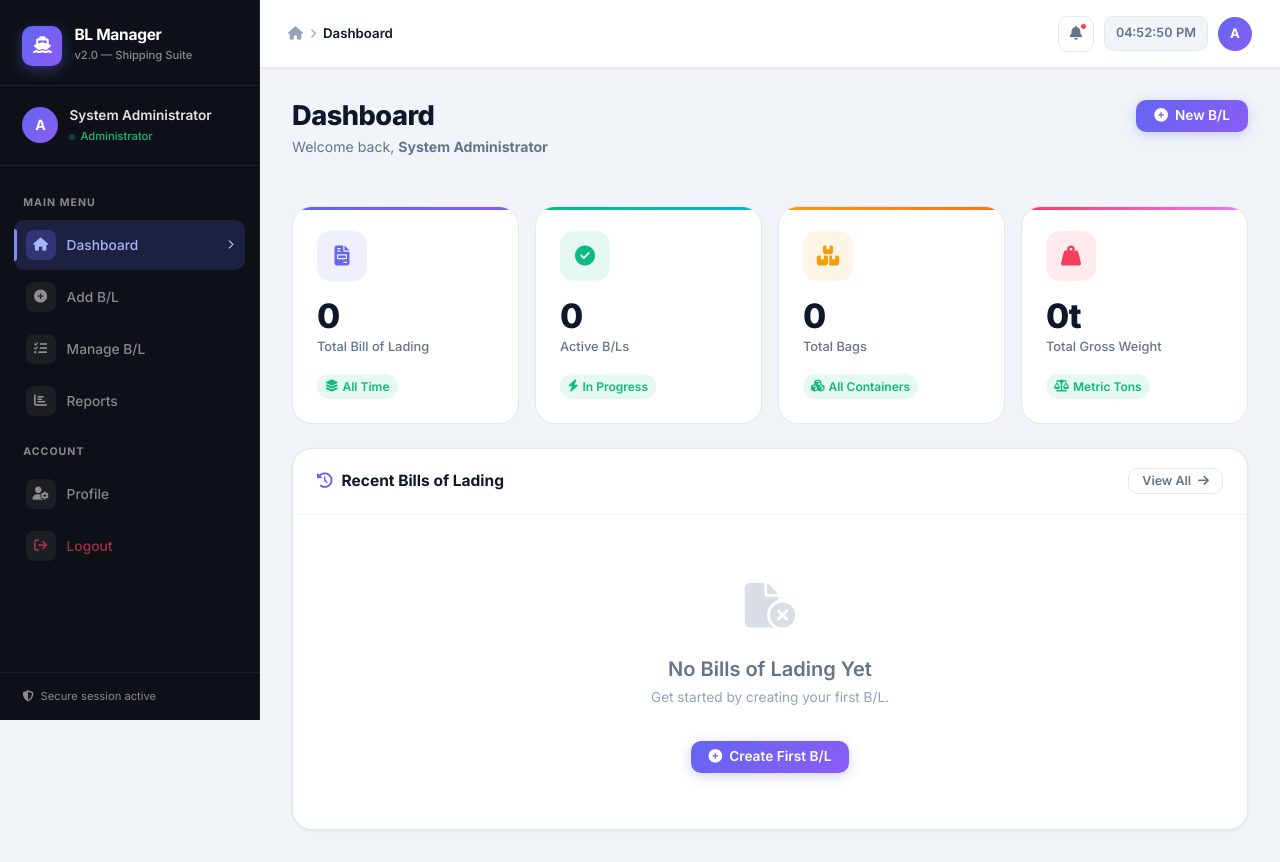
Repository: senteu254/logistics
Page: http://localhost/dashboard.php
These files come from the project's save history. The page is drawn as it stood at one moment and after the next save; the edit follows.
The browser window is 1280 px wide. The pictures show the whole page.
The page is run by PHP 8.4 with error messages shown; the project is at /var/www/html/. The session is filled in as if someone had signed in: {"user_id": 1, "username": "admin", "full_name": "System Administrator"}. Other server files are loaded and not shown. The database holds what the project's SQL file puts in it. Queries for data that is not in the repository find no rows.

Above is the page before, as saved 2026-05-13 12:44:04.

### dashboard.php
<?php
require_once 'config/database.php';
$page_title = 'Dashboard';
require_once 'includes/header.php';

$total_bls  = $pdo->query("SELECT COUNT(*) FROM bills_of_lading")->fetchColumn();
$active_bls = $pdo->query("SELECT COUNT(*) FROM bills_of_lading WHERE status='active'")->fetchColumn();
$total_bags = $pdo->query("SELECT COALESCE(SUM(number_of_bags),0) FROM bl_items")->fetchColumn();
$total_gw   = $pdo->query("SELECT COALESCE(SUM(gross_weight),0) FROM bl_items")->fetchColumn();

$recent = $pdo->query("
    SELECT b.*, u.username,
           COUNT(i.id)            AS containers,
           COALESCE(SUM(i.number_of_bags),0) AS total_bags,
           COALESCE(SUM(i.gross_weight),0)   AS total_gw
    FROM   bills_of_lading b
    LEFT JOIN users u    ON b.user_id = u.id
    LEFT JOIN bl_items i ON b.id = i.bl_id
    GROUP BY b.id
    ORDER BY b.created_at DESC
    LIMIT 8
")->fetchAll();
?>

<!-- Header -->
<div class="page-header d-flex align-items-start justify-content-between flex-wrap gap-3">
    <div>
        <h1 class="page-title">Dashboard</h1>
        <p class="page-sub">
            Welcome back, <strong><?php echo htmlspecialchars($_SESSION['full_name'] ?? $_SESSION['username']); ?></strong>
        </p>
    </div>
    <a href="add-bl.php" class="btn-m btn-indigo">
        <i class="fas fa-circle-plus"></i> New B/L
    </a>
</div>

<!-- Stats -->
<div class="row g-3 mb-4">
    <div class="col-xl-3 col-sm-6">
        <div class="stat-card c-indigo">
            <div class="stat-ico c-indigo"><i class="fas fa-file-invoice"></i></div>
            <div class="stat-val"><?php echo number_format($total_bls); ?></div>
            <div class="stat-lbl">Total Bill of Lading</div>
            <span class="stat-badge"><i class="fas fa-layer-group"></i> All Time</span>
        </div>
    </div>
    <div class="col-xl-3 col-sm-6">
        <div class="stat-card c-emerald">
            <div class="stat-ico c-emerald"><i class="fas fa-circle-check"></i></div>
            <div class="stat-val"><?php echo number_format($active_bls); ?></div>
            <div class="stat-lbl">Active B/Ls</div>
            <span class="stat-badge"><i class="fas fa-bolt"></i> In Progress</span>
        </div>
    </div>
    <div class="col-xl-3 col-sm-6">
        <div class="stat-card c-amber">
            <div class="stat-ico c-amber"><i class="fas fa-boxes-stacked"></i></div>
            <div class="stat-val"><?php echo number_format($total_bags); ?></div>
            <div class="stat-lbl">Total Bags</div>
            <span class="stat-badge"><i class="fas fa-cubes"></i> All Containers</span>
        </div>
    </div>
    <div class="col-xl-3 col-sm-6">
        <div class="stat-card c-rose">
            <div class="stat-ico c-rose"><i class="fas fa-weight-hanging"></i></div>
            <div class="stat-val"><?php echo number_format($total_gw); ?>t</div>
            <div class="stat-lbl">Total Gross Weight</div>
            <span class="stat-badge"><i class="fas fa-scale-balanced"></i> Metric Tons</span>
        </div>
    </div>
</div>

<!-- Recent Table -->
<div class="data-card">
    <div class="data-card-head">
        <div class="data-card-title">
            <i class="fas fa-clock-rotate-left"></i>
            Recent Bills of Lading
        </div>
        <a href="manage-bl.php" class="btn-m btn-ghost btn-sm">
            View All <i class="fas fa-arrow-right"></i>
        </a>
    </div>

    <?php if (empty($recent)): ?>
    <div class="empty">
        <div class="empty-ico"><i class="fas fa-file-circle-xmark"></i></div>
        <h5>No Bills of Lading Yet</h5>
        <p>Get started by creating your first B/L.</p>
        <a href="add-bl.php" class="btn-m btn-indigo mt-3 mx-auto">
            <i class="fas fa-circle-plus"></i> Create First B/L
        </a>
    </div>
    <?php else: ?>
    <div class="table-responsive">
        <table class="tbl">
            <thead>
                <tr>
                    <th>B/L Number</th>
                    <th>Description</th>
                    <th>Containers</th>
                    <th>Total Bags</th>
                    <th>Gross Weight</th>
                    <th>Status</th>
                    <th>Date</th>
                    <th>Actions</th>
                </tr>
            </thead>
            <tbody>
                <?php foreach ($recent as $bl): ?>
                <tr>
                    <td>
                        <span style="font-weight:700;color:var(--indigo);font-family:monospace;font-size:0.82rem;">
                            <?php echo htmlspecialchars($bl['bl_number']); ?>
                        </span>
                    </td>
                    <td>
                        <span style="color:var(--txt-2);font-size:0.83rem;display:block;max-width:180px;white-space:nowrap;overflow:hidden;text-overflow:ellipsis;">
                            <?php echo htmlspecialchars($bl['item_description']); ?>
                        </span>
                    </td>
                    <td>
                        <span class="bdg bdg-active">
                            <i class="fas fa-circle" style="font-size:0.4rem;"></i>
                            <?php echo $bl['containers']; ?>
                        </span>
                    </td>
                    <td style="font-weight:600;"><?php echo number_format($bl['total_bags']); ?></td>
                    <td style="font-weight:600;"><?php echo number_format($bl['total_gw'],2); ?> kg</td>
                    <td>
                        <span class="bdg bdg-<?php echo $bl['status']; ?>">
                            <i class="fas fa-circle" style="font-size:0.4rem;"></i>
                            <?php echo ucfirst($bl['status']); ?>
                        </span>
                    </td>
                    <td style="color:var(--txt-3);font-size:0.8rem;">
                        <?php echo date('M d, Y', strtotime($bl['created_at'])); ?>
                    </td>
                    <td>
                        <div style="display:flex;gap:5px;">
                            <a href="view-bl.php?id=<?php echo $bl['id']; ?>" class="btn-m btn-ghost btn-sm">
                                <i class="fas fa-eye"></i>
                            </a>
                            <a href="edit-bl.php?id=<?php echo $bl['id']; ?>" class="btn-m btn-ghost btn-sm">
                                <i class="fas fa-pen"></i>
                            </a>
                        </div>
                    </td>
                </tr>
                <?php endforeach; ?>
            </tbody>
        </table>
    </div>
    <?php endif; ?>
</div>

<?php require_once 'includes/footer.php'; ?>

### config/database.php
<?php
define('BASE_URL', '/rvp-logistics/'); // Change 'bl' to your folder name
$host     = 'localhost';
$dbname   = 'bill_of_lading';
$db_user  = 'root';   // Change to your MySQL username
$db_pass  = 'schlumberger';       // Change to your MySQL password

try {
    $pdo = new PDO(
        "mysql:host=$host;dbname=$dbname;charset=utf8",
        $db_user,
        $db_pass,
        [
            PDO::ATTR_ERRMODE            => PDO::ERRMODE_EXCEPTION,
            PDO::ATTR_DEFAULT_FETCH_MODE => PDO::FETCH_ASSOC,
            PDO::ATTR_EMULATE_PREPARES   => false,
        ]
    );
} catch (PDOException $e) {
    die(json_encode(['error' => 'DB Connection failed: ' . $e->getMessage()]));
}

if (session_status() === PHP_SESSION_NONE) {
    session_start();
}
?>

### includes/footer.php
        </div><!-- /page-content -->
    </div><!-- /main-wrap -->
</div><!-- /app-wrap -->

<script src="https://cdn.jsdelivr.net/npm/bootstrap@5.3.2/dist/js/bootstrap.bundle.min.js"></script>

<script>
'use strict';

/* ── Sidebar ── */
function toggleSidebar() {
    document.getElementById('sidebar').classList.toggle('open');
    document.getElementById('sbBackdrop').classList.toggle('show');
}
function closeSidebar() {
    document.getElementById('sidebar').classList.remove('open');
    document.getElementById('sbBackdrop').classList.remove('show');
}

/* ── Clock ── */
(function clock() {
    const el = document.getElementById('navClock');
    if (!el) return;
    function tick() {
        el.textContent = new Date().toLocaleTimeString([], {
            hour: '2-digit', minute: '2-digit', second: '2-digit'
        });
    }
    tick();
    setInterval(tick, 1000);
})();

/* ── Row slide-out animation ── */
document.head.insertAdjacentHTML('beforeend', `
<style>
@keyframes rowOut {
    to {
        opacity: 0;
        transform: translateY(-8px);
        max-height: 0;
        padding: 0;
        margin: 0;
        overflow: hidden;
    }
}
</style>`);

/* ══════════════════════════════════════
   ADD / EDIT B/L — Dynamic Rows
══════════════════════════════════════ */
let rowCount = 0;

function addItemRow() {
    rowCount++;
    const wrap = document.getElementById('rowsWrap');
    if (!wrap) return;

    const div = document.createElement('div');
    div.className = 'item-row';
    div.id = `row-${rowCount}`;

    div.innerHTML = `
        <div class="row-head">
            <div class="row-num">
                <div class="row-num-badge">${rowCount}</div>
                <span>Container Row #${rowCount}</span>
            </div>
            ${rowCount > 1 ? `
            <button type="button" class="btn-remove" onclick="removeRow('row-${rowCount}')">
                <i class="fas fa-trash-can"></i> Remove
            </button>` : ''}
        </div>

        <div class="row g-3">

            <!-- Container Number -->
            <div class="col-xl-4 col-md-6 col-12">
                <label class="f-label">
                    Container No. <span class="req">*</span>
                </label>
                <input
                    type="text"
                    name="container_number[]"
                    class="f-input"
                    placeholder="e.g. MSCU1234567"
                    required
                    oninput="this.value = this.value.toUpperCase()"
                >
            </div>

            <!-- Agent Seal -->
            <div class="col-xl-4 col-md-6 col-12">
                <label class="f-label">Agent Seal No.</label>
                <input
                    type="text"
                    name="agent_seal_number[]"
                    class="f-input"
                    placeholder="e.g. AS-00123"
                >
            </div>

            <!-- Number of Bags -->
            <div class="col-xl-4 col-md-6 col-12">
                <label class="f-label">
                    No. of Bags <span class="req">*</span>
                </label>
                <input
                    type="number"
                    name="number_of_bags[]"
                    class="f-input"
                    placeholder="e.g. 500"
                    min="1"
                    required
                    oninput="calcTotals()"
                >
            </div>

            <!-- SGS Seal -->
            <div class="col-xl-4 col-md-6 col-12">
                <label class="f-label">SGS Seal No.</label>
                <input
                    type="text"
                    name="sgs_seal_number[]"
                    class="f-input"
                    placeholder="e.g. SGS-00456"
                >
            </div>

            <!-- Gross Weight MT -->
            <div class="col-xl-4 col-md-6 col-12">
                <label class="f-label">
                    Gross Weight <span class="req">*</span>
                </label>
                <div class="input-unit-wrap">
                    <input
                        type="number"
                        name="gross_weight[]"
                        class="f-input"
                        placeholder="e.g. 25.500"
                        step="0.001"
                        min="0"
                        required
                        oninput="calcTotals()"
                    >
                    <span class="input-unit-badge">MT</span>
                </div>
            </div>

            <!-- Net Weight MT -->
            <div class="col-xl-4 col-md-6 col-12">
                <label class="f-label">
                    Net Weight <span class="req">*</span>
                </label>
                <div class="input-unit-wrap">
                    <input
                        type="number"
                        name="net_weight[]"
                        class="f-input"
                        placeholder="e.g. 25.000"
                        step="0.001"
                        min="0"
                        required
                        oninput="calcTotals()"
                    >
                    <span class="input-unit-badge">MT</span>
                </div>
            </div>

        </div>
    `;

    wrap.appendChild(div);
    calcTotals();
    reNumber();
    div.scrollIntoView({ behavior: 'smooth', block: 'nearest' });
}

function removeRow(id) {
    const row = document.getElementById(id);
    if (!row) return;
    row.style.animation = 'rowOut 0.25s ease forwards';
    setTimeout(() => {
        row.remove();
        calcTotals();
        reNumber();
    }, 240);
}

function reNumber() {
    document.querySelectorAll('.item-row').forEach((r, i) => {
        const badge = r.querySelector('.row-num-badge');
        const span  = r.querySelector('.row-num span');
        if (badge) badge.textContent = i + 1;
        if (span)  span.textContent  = `Container Row #${i + 1}`;
    });
}

function calcTotals() {
    let bags = 0, gross = 0, net = 0;

    document.querySelectorAll('input[name="number_of_bags[]"]').forEach(el => bags  += parseInt(el.value)   || 0);
    document.querySelectorAll('input[name="gross_weight[]"]').forEach(el   => gross += parseFloat(el.value) || 0);
    document.querySelectorAll('input[name="net_weight[]"]').forEach(el     => net   += parseFloat(el.value) || 0);

    const fmt = n => n.toLocaleString('en-US', {
        minimumFractionDigits: 3,
        maximumFractionDigits: 3
    });

    const setEl = (id, v) => {
        const el = document.getElementById(id);
        if (el) el.textContent = v;
    };

    setEl('tRows',  document.querySelectorAll('.item-row').length);
    setEl('tBags',  bags.toLocaleString());
    setEl('tGross', fmt(gross) + ' MT');
    setEl('tNet',   fmt(net)   + ' MT');
}

/* ── Init ── */
document.addEventListener('DOMContentLoaded', () => {
    if (document.getElementById('rowsWrap')) {
        // Only auto-add row on add-bl.php, not edit-bl.php
        // edit-bl.php handles its own population
        if (!window._editMode) {
            addItemRow();
        }
    }
});
</script>
</body>
</html>

### bill_of_lading.sql (the tables this page reads)
CREATE TABLE `users` (
  `id` int(11) NOT NULL AUTO_INCREMENT,
  `username` varchar(50) NOT NULL,
  `email` varchar(100) NOT NULL,
  `password` varchar(255) NOT NULL,
  `full_name` varchar(100) DEFAULT NULL,
  `created_at` timestamp NOT NULL DEFAULT CURRENT_TIMESTAMP,
  PRIMARY KEY (`id`),
  UNIQUE KEY `username` (`username`),
  UNIQUE KEY `email` (`email`)
) ENGINE=InnoDB AUTO_INCREMENT=2 DEFAULT CHARSET=latin1;

INSERT INTO `users` VALUES (1,'admin','admin@example.com','$2y$10$4ptki7G6tTrWxzBBSxRT9uxjjzhwTGStKXhEfHmxLSpuJmgepDoaC','System Administrator','2026-05-14 07:28:37');

Loaded but not shown: includes/header.php (982 lines, source omitted)

After the next save:
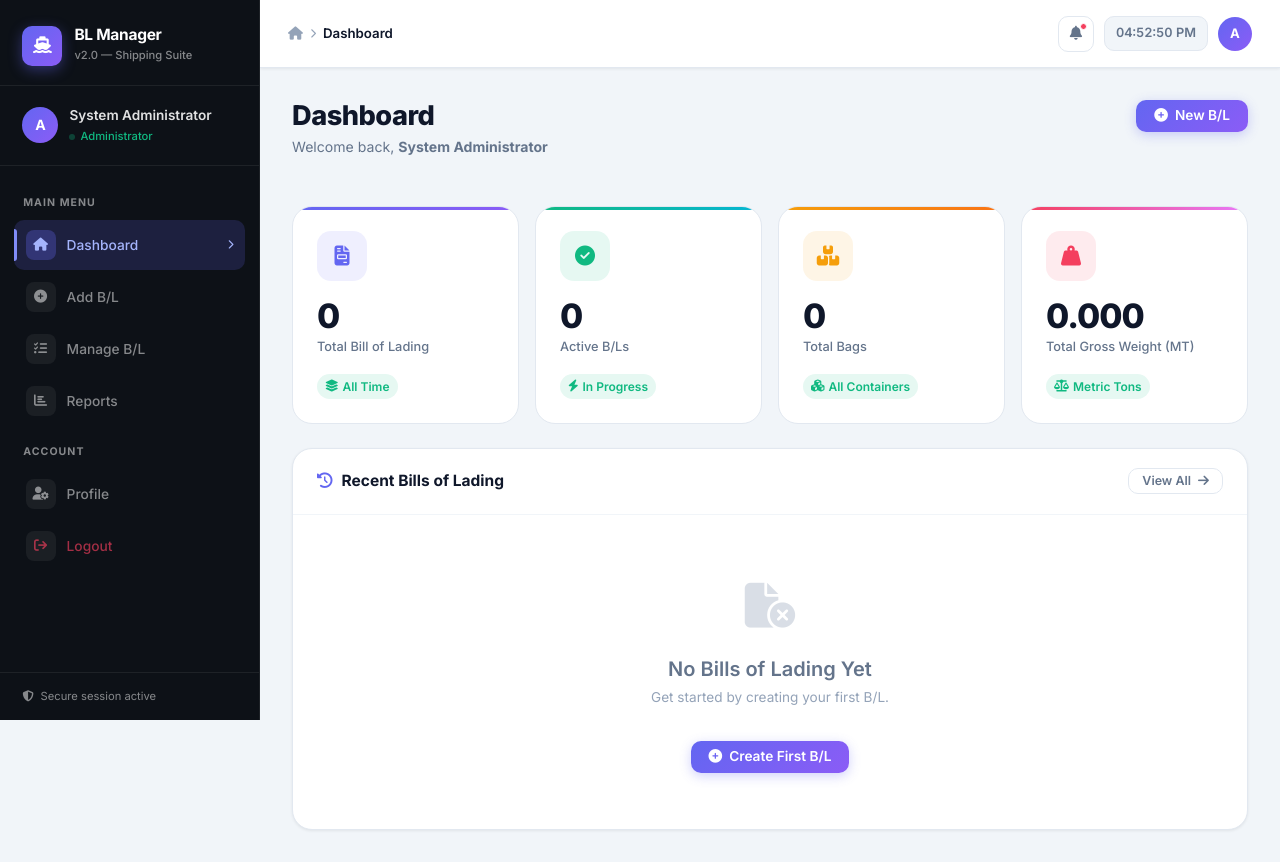
Saved 101 s later.
--- a/dashboard.php
+++ b/dashboard.php
@@ -64,8 +64,8 @@ $recent = $pdo->query("
     <div class="col-xl-3 col-sm-6">
         <div class="stat-card c-rose">
             <div class="stat-ico c-rose"><i class="fas fa-weight-hanging"></i></div>
-            <div class="stat-val"><?php echo number_format($total_gw); ?>t</div>
-            <div class="stat-lbl">Total Gross Weight</div>
+            <div class="stat-val"><?php echo number_format($total_gw, 3); ?></div>
+             <div class="stat-lbl">Total Gross Weight (MT)</div>
             <span class="stat-badge"><i class="fas fa-scale-balanced"></i> Metric Tons</span>
         </div>
     </div>
